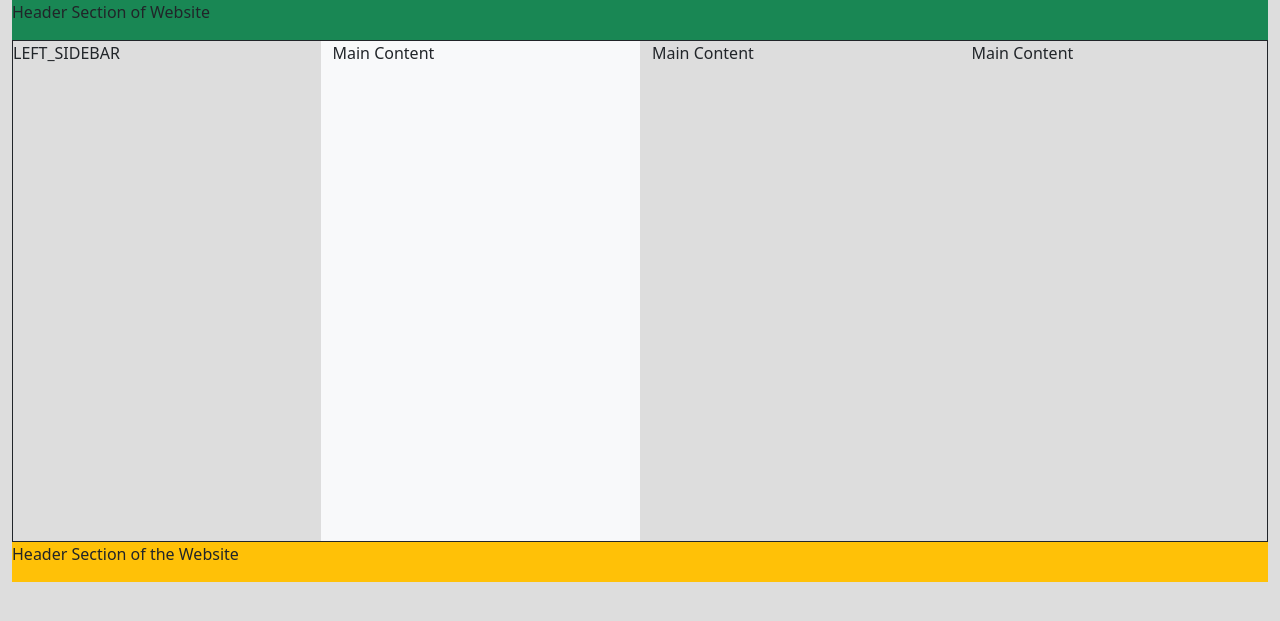
Repository: Dayvid0/BOOTSTRAP-TUTORIALS
Page: BOOTSTRAP-GRID-LAYOUTS/index.html
An editor plug-in stored every save of this project. The page is shown before and after the next save, followed by the edit.
The browser window is 1280 px wide. The pictures show the whole page.

Above is the page before, as saved 2025-01-24 10:37:13.

After the next save:
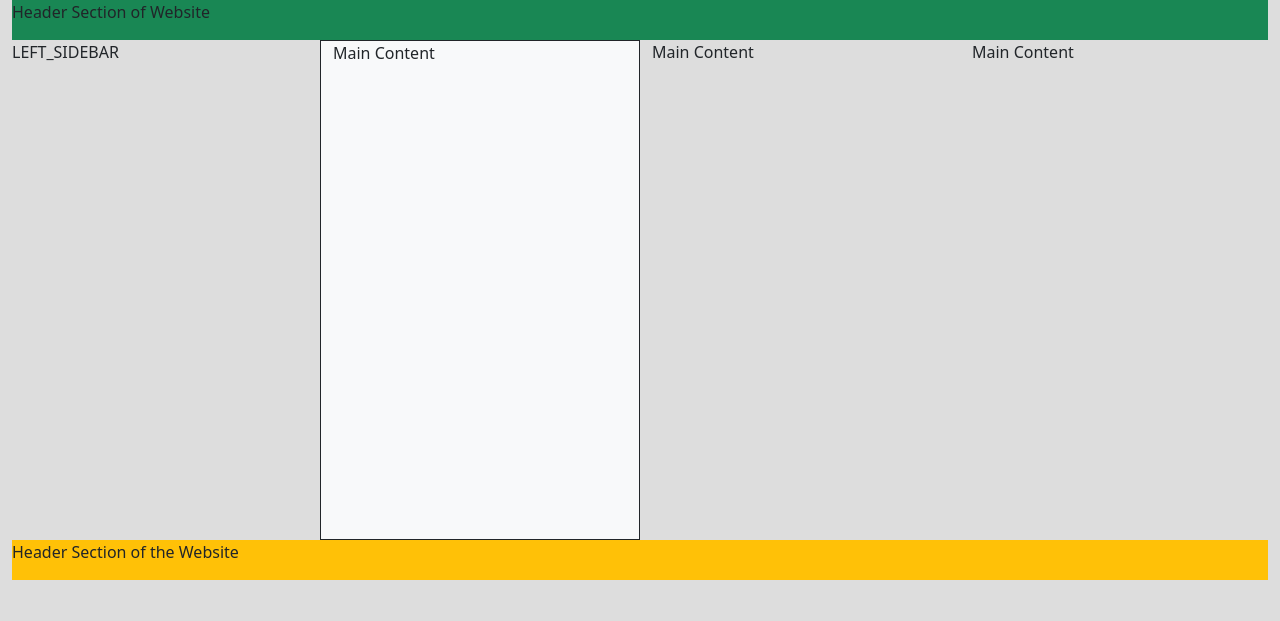
Saved 15 s later.
--- a/BOOTSTRAP-GRID-LAYOUTS/style.css
+++ b/BOOTSTRAP-GRID-LAYOUTS/style.css
@@ -6,11 +6,11 @@ body {
 }
 .content {
   min-height: 500px;
-  border: 1px solid;
 }
 .footer {
   height: 40px;
 }
 .main-content {
   min-height: 500px;
+  border: 1px solid;
 }
